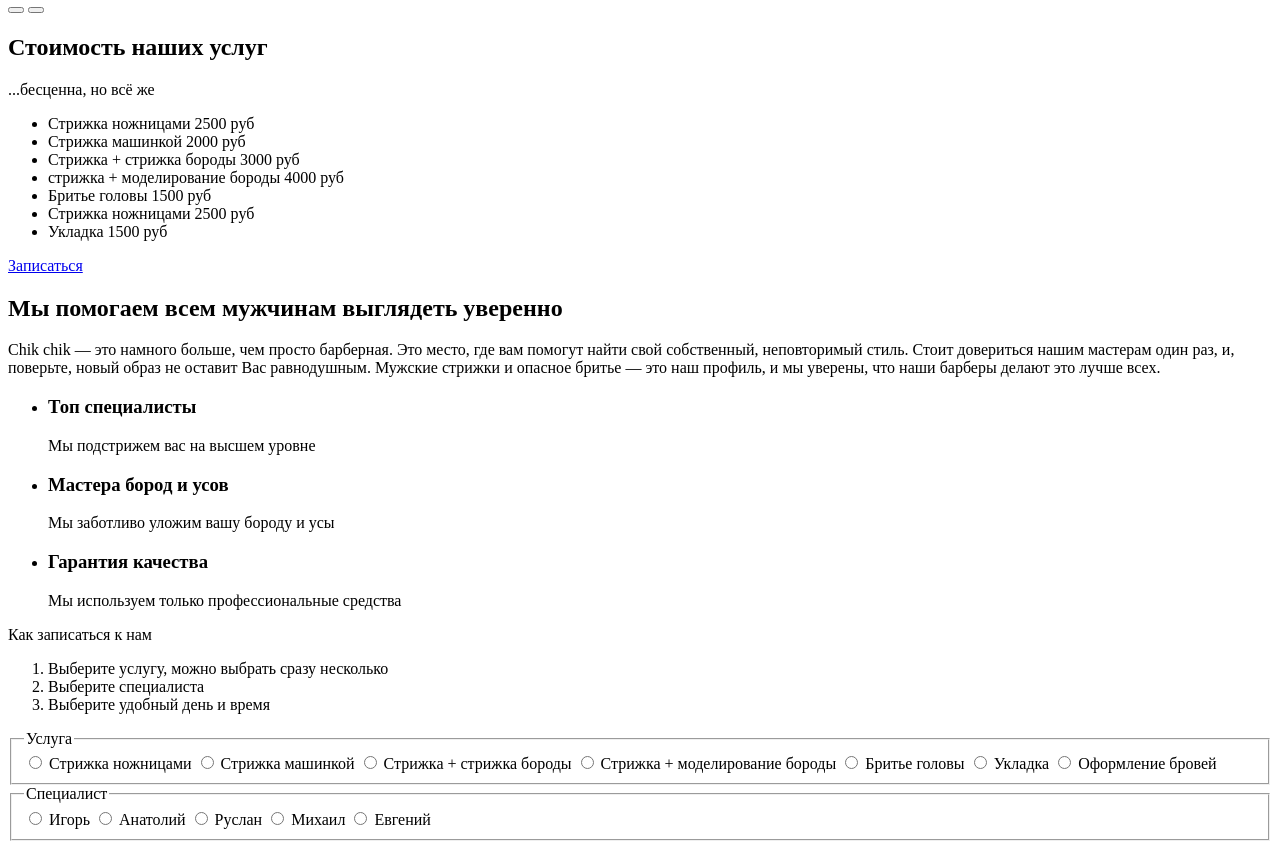
Repository: alexboagreek/chick-chick
Page: index.html
The author's editor kept a copy of each file at every save. The page is drawn from the files as they stood at one save, then again after the next save.
The browser window is 1280 px wide. The pictures show the part of the page from y = 3047 to 3932 px (the page is 3896 px tall before and 3932 px after).
A picture or video elsewhere on the page could not be fetched, so the positions and the page height are approximate.

Above is the page before, as saved 2023-01-17 15:35:01.

After the next save:
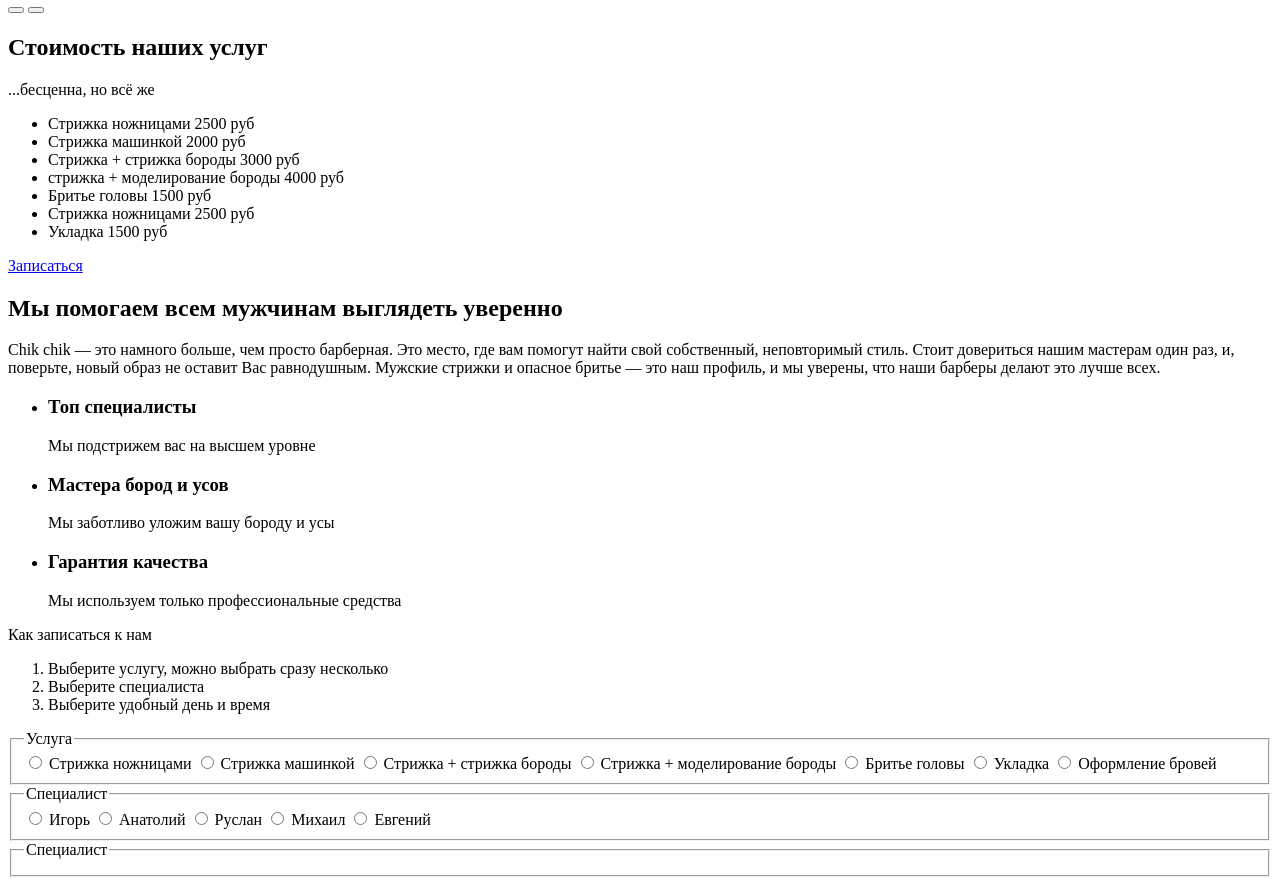
Saved 36 s later.
--- a/index.html
+++ b/index.html
@@ -217,7 +217,8 @@
 
                     </fieldset>
 
-
+                    <fieldset class="reserve__fieldset">
+                        <legend class="reserve__legend">Специалист</legend>
                 </div>
             </form>
         </section>
